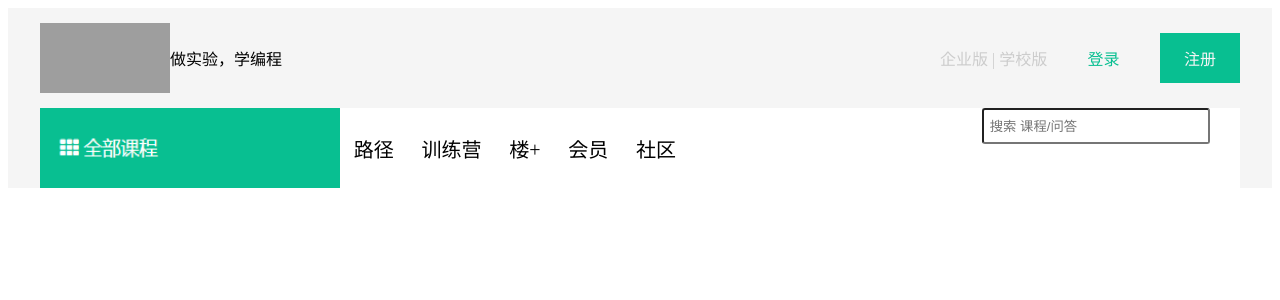
Repository: wuguozheng/xxbb
Page: /
The author's editor kept a copy of each file at every save. The page is drawn from the files as they stood at one save, then again after the next save.
The browser window is 1280 px wide. The pictures show the whole page.
Pictures or frames that could not be fetched are drawn as grey boxes. The project was rebuilt for these pictures with package versions that can differ from the ones it lists, and the page was loaded fresh each time.

Above is the page before, as saved 2020-06-01 14:16:27.

After the next save:
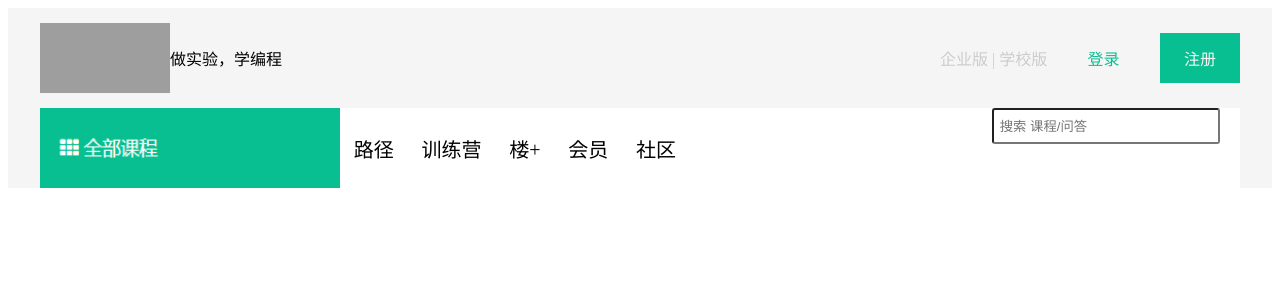
Saved 22 s later.
--- a/src/components/home/Mxs1.vue
+++ b/src/components/home/Mxs1.vue
@@ -130,7 +130,7 @@ export default {
 }
 .run-2 {
   position: absolute;
-  right: 30px;
+  right: 20px;
 }
 .run-3 {
   width: 220px;
